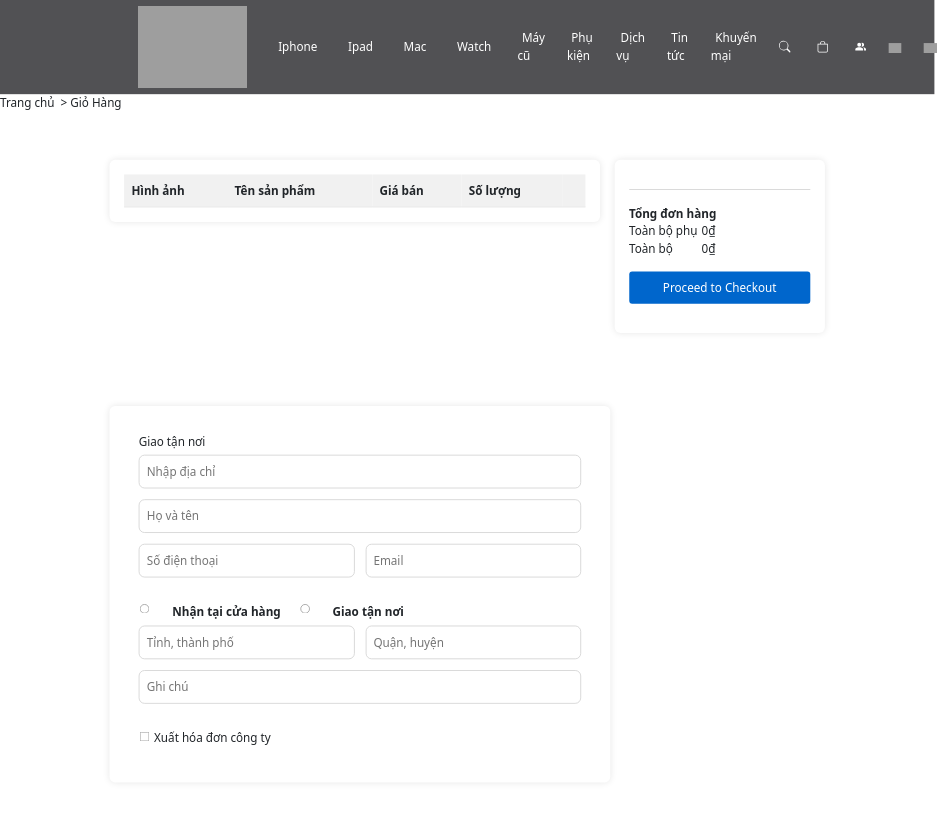
Repository: 20092004nam2k4/FE-ShopDunk
Page: /cart
An editor plug-in stored every save of this project. The page is shown before and after the next save, followed by the edit.
The browser window is 1280 px wide. The page is 1299 px wide, so the pictures cover 1299 px, including what lies to the right of the window. The pictures show the whole page, at 73% of full size.
Pictures or frames that could not be fetched are drawn as grey boxes. The page's requests for data from a server got no answer. The project was rebuilt for these pictures with package versions that can differ from the ones it lists, and the page was loaded fresh each time. No one was signed in, and anything a server would have sent is missing. Also part of the build but not shown: src/component/common/SlideImage.css, src/component/common/SlideImage.js, src/component/product/ProductList.js, src/component/product/ProductDetail.css, src/component/product/ProductDetail.js, src/component/user/LoginUser.js, src/component/user/UserProfile.js, src/component/user/RegistrationForm.css and 2 more.

Above is the page before, as saved 2024-06-10 13:10:29.

### src/component/cart/CartPage.js
import React, { useState, useEffect } from "react";
import axios from "axios";
import "./CartPage.css";

const CartPage = () => {
  const [cartItems, setCartItems] = useState([]);

  const fetchCartItems = () => {
    axios
      .get("http://localhost:8090/api/products/cart")
      .then((response) => {
        setCartItems(response.data);
      })
      .catch((error) => {
        console.error("Error fetching cart items:", error);
      });
  };

  useEffect(() => {
    fetchCartItems();
  }, []);

  const removeFromCart = (id) => {
    axios
      .delete(`http://localhost:8090/api/products/removeFromCart/${id}`)
      .then(() => {
        fetchCartItems(); // Refresh the cart items after removing
      })
      .catch((error) => {
        console.error("Error removing product from cart:", error);
      });
  };

  const updateQuantity = (id, newQuantity) => {
    axios
      .put(`http://localhost:8090/api/products/updateCart/${id}`, {
        quantity: newQuantity,
      })
      .then(() => {
        fetchCartItems(); // Refresh the cart items after updating
      })
      .catch((error) => {
        console.error("Error updating product quantity:", error);
      });
  };

  const calculateSubtotal = () => {
    return cartItems.reduce((sum, item) => sum + item.product.price * item.quantity, 0);
  };

  const calculateTotal = () => {
    return calculateSubtotal();
  };

  return (<>


    <div className="cart-page">
      <div className="title-header">
        <p>Trang chủ &nbsp;&gt; Giỏ Hàng</p>
      </div>
      <div className="tong">
        <div className="left">
          <div className="cart-detail">
            <table className="cart">
              <thead>
                <tr>
                  <th>Hình ảnh</th>
                  <th>Tên sản phẩm</th>
                  <th>Giá bán</th>
                  <th>Số lượng</th>
                  <th></th>
                </tr>
              </thead>
              <tbody>
                {cartItems.map((item) => (
                  <tr key={item.id}>
                    <td>
                      <a href={`/product/${item.product.id}`}>
                        <img
                          alt={`Ảnh của ${item.product.name}`}
                          src={`http://localhost:8090/image/${item.product.image}`}
                          title={`Hiển thị chi tiết cho ${item.product.name}`}
                        />
                      </a>
                    </td>
                    <td className="product">
                      <a href={`/product/${item.product.id}`} className="product-name">
                        {item.product.name}
                      </a>
                      <div className="edit-item"></div>
                    </td>
                    <td className="unit-price">
                      <span className="product-unit-price">
                        {parseInt(item.product.price).toLocaleString()}₫
                      </span>
                    </td>
                    <td className="quantity">
                      <div className="cart-quantity-input-container">
                        <svg
                          id={`cart-quantity-input-subtract${item.id}`}
                          width="11"
                          height="11"
                          viewBox="0 0 11 11"
                          fill="none"
                          xmlns="http://www.w3.org/2000/svg"
                          onClick={() => updateQuantity(item.id, item.quantity - 1)}
                        >
                          <g clipPath="url(#clip0_10158_65576)">
                            <path
                              d="M-0.00390625 5.90234H11.0039C11.1133 5.90234 11.207 5.86328 11.2852 5.78516C11.3633 5.70182 11.4023 5.60547 11.4023 5.49609C11.4023 5.38672 11.3633 5.29297 11.2852 5.21484C11.207 5.13672 11.1133 5.09766 11.0039 5.09766H-0.00390625C-0.0768229 5.09766 -0.144531 5.11589 -0.207031 5.15234C-0.264323 5.1888 -0.311198 5.23828 -0.347656 5.30078C-0.384115 5.35807 -0.402344 5.42318 -0.402344 5.49609C-0.402344 5.57422 -0.384115 5.64453 -0.347656 5.70703C-0.311198 5.76432 -0.264323 5.8112 -0.207031 5.84766C-0.144531 5.88411 -0.0768229 5.90234 -0.00390625 5.90234Z"
                              fill="#0066CC"
                            ></path>
                          </g>
                          <defs>
                            <clipPath id="clip0_10158_65576">
                              <rect width="11" height="11" fill="white"></rect>
                            </clipPath>
                          </defs>
                        </svg>
                        <input
                          className="input-text"
                          id={`quantity${item.id}`}
                          value={item.quantity}
                          size="4"
                          readOnly
                        />
                        <svg
                          id={`cart-quantity-input-add${item.id}`}
                          width="12"
                          height="13"
                          viewBox="0 0 12 13"
                          fill="none"
                          xmlns="http://www.w3.org/2000/svg"
                          onClick={() => updateQuantity(item.id, item.setCartItems.quantity + 1)}
                        >
                          <g clipPath="url(#clip0_10158_65579)">
                            <path
                              d="M-0.304688 6.5C-0.304688 6.61458 -0.265625 6.71094 -0.1875 6.78906C-0.104167 6.86719 -0.0104167 6.90625 0.09375 6.90625H5.19531V12.0078C5.19531 12.1172 5.23438 12.2109 5.3125 12.2891C5.39583 12.3672 5.49219 12.4062 5.60156 12.4062C5.71094 12.4062 5.80729 12.3672 5.89062 12.2891C5.96875 12.2109 6.00781 12.1172 6.00781 12.0078V6.90625H11.1094C11.2239 6.90625 11.3177 6.86719 11.3906 6.78906C11.4739 6.71094 11.5156 6.61458 11.5156 6.5C11.5156 6.39583 11.4739 6.30208 11.3906 6.21875C11.3177 6.13542 11.2239 6.09375 11.1094 6.09375H6.00781V1.00781C6.00781 0.893229 5.96875 0.799479 5.89062 0.726562C5.80729 0.653646 5.71094 0.617188 5.60156 0.617188C5.49219 0.617188 5.39583 0.653646 5.3125 0.726562C5.23438 0.799479 5.19531 0.893229 5.19531 1.00781V6.09375H0.09375C-0.0104167 6.09375 -0.104167 6.13542 -0.1875 6.21875C-0.265625 6.30208 -0.304688 6.39583 -0.304688 6.5Z"
                              fill="#0066CC"
                            ></path>
                          </g>
                          <defs>
                            <clipPath id="clip0_10158_65579">
                              <rect
                                width="11.8125"
                                height="12.8125"
                                fill="white"
                                transform="translate(0.09375 0.09375)"
                              ></rect>
                            </clipPath>
                          </defs>
                        </svg>
                      </div>
                    </td>

                    <td className="remove-from-cart">
                      <button
                        onClick={() => removeFromCart(item.id)}
                        className="remove-button"
                      >
                        <i className="fas fa-trash-alt"></i>
                      </button>
                    </td>
                  </tr>
                ))}
              </tbody>
            </table>
          </div>

        </div>

        <div className="right">
          <div className="cart-collaterals">
            <div className="totals">
              <div className="total-info">
                <table className="cart-total">
                  <thead>
                    <tr>
                      <th colSpan="2">Tổng đơn hàng</th>
                    </tr>
                  </thead>
                  <tbody>
                    <tr className="cart-item-subtotal">
                      <td>Toàn bộ phụ</td>
                      <td>
                        <span className="value">{calculateSubtotal().toLocaleString()}₫</span>
                      </td>
                    </tr>
                    <tr className="order-total">
                      <td>Toàn bộ</td>
                      <td>
                        <span className="value">{calculateTotal().toLocaleString()}₫</span>
                      </td>
                    </tr>
                  </tbody>
                </table>
                <div className="checkout-buttons">
                  <button className="checkout-button">Proceed to Checkout</button>
                </div>
              </div>
            </div>
          </div>
        </div>

      </div>
      <div className="tong-bot">
        <div class="left">
          <div class="enter-address bg-white">
          <h6>Giao tận nơi</h6>
            <input placeholder="Nhập địa chỉ"></input>
            <input placeholder="Họ và tên"></input>
            <div class="half-inputs">
              <input placeholder="Số điện thoại"></input>
              <input placeholder="Email"></input>
            </div>
            <div class="edit-address">
              <div class="delivery-method">
                <input type="radio" id="receive-store" name="receive-method" value="store"></input>
                <label for="receive-store">Nhận tại cửa hàng</label>
                <input type="radio" id="receive-delivery" name="receive-method" value="delivery"></input>
                <label for="receive-delivery">Giao tận nơi</label>
              </div>
              <div class="half-inputs">
                <input placeholder="Tỉnh, thành phố"></input>
                <input placeholder="Quận, huyện"></input>
              </div>
              <div>
                <input placeholder="Ghi chú"></input>
              </div>
              <div class="edit-address">
                <input type="checkbox" id="company-invoice" name="company-invoice" value="company-invoice"></input>Xuất hóa đơn công ty
              </div>
            </div>
          </div>
        </div>
      </div>


    </div>
    </>
  );
};

export default CartPage;

### src/component/common/Navbar.css
.navbar {
  background-color: #515154;
  padding: 10px;

}

.navbar-links {
  list-style: none;
  display: flex;
  justify-content: center;
  margin: 0;
  padding: 0;
  padding-left: 168px;
  align-items: center;
}

.navbar-links li {
  margin: 0 15px;
}

.navbar-links a {
  color: white;
  text-decoration: none;
  padding: 10px 6px 25px;
  transition: background-color 0.3s;
}

/* .navbar-links a:hover {
  background-color: #575757;
} */
.imageIcon{
  width: 150px;
}
.icon-bag{
  color: white;
  height: 38px;

}
.icon-people{
  color: white;
  height: 38px;

}
.icon-search{
color: white;
height: 38px;
}
.imageIconVN{
  height: 14px;

}
.navbar-links li a {
color: #fff;
text-decoration: none;
transition: color 0.3s ease; }

.navbar-links li a:hover {
color: #fff;
}

### src/component/user/Login.css
body {
    font-family: sans-serif;
    /* display: flex; */
    justify-content: center;
    align-items: center;
    min-height: 100vh;
    background-color: #f5f5f5;
  }
  .userName-login{
    margin-top: 25px;
  }



  .left-side {
    width: 50%;
    display: flex;
    justify-content: center;
    align-items: center;
    margin-top: 90px;
  }

  .right-side {
    width: 50%;
    padding: 20px;
    margin-top: 90px;
  }

  .left-side img {
    width: 100%;
    max-width: 600px;
    height: 350px;
  }

  h2 {
    margin-bottom: 20px;
  }

  input[type="text"],
  input[type="password"] {
    width: 100%;
    padding: 10px;
    margin-bottom: 15px;
    border: 1px solid #ddd;
    border-radius: 10px;
    box-sizing: border-box;
  }

  input[type="checkbox"] {
    margin-right: 5px;
  }

  button {
    background-color: #007bff;
    color: #fff;
    padding: 10px 20px;
    border: none;
    border-radius: 3px;
    cursor: pointer;
    width: 100%;
  }

  .link {
    display: block;
    text-align: center;
    margin-top: 15px;
    color: #007bff;
    text-decoration: none;
  }

  .footerMain{
margin-top: 200px;
  }
  .textFooter{
    padding-left: 200px !important;
  }
  .textToRegister{
    margin-top: 15px;
  }

### src/component/user/UserProfile.css
    /* Reset CSS */
    * {
        box-sizing: border-box;
        margin: 0;
        padding: 0;
    }

    body {
        font-family: Arial, Helvetica, sans-serif;
        background-color: #f5f5f7; /* Updated background color */
    }

    .page-container {
        padding: 20px;
        background-color: #f5f5f7; /* Background color for the page */
    }

    .container {
        display: flex;
        justify-content: space-between;
        margin: 30px auto;
        width: 80%;
        /* gap: 30px;  */
    }

    .navigation {
        width: 25%;
        background-color: #fff;
        padding: 20px;
        border-radius: 10px;
        border: 1px solid #ddd; /* Border for left div */
        box-shadow: 0 0 10px rgba(0, 0, 0, 0.1); /* Optional: for a subtle shadow effect */
        margin-left: 50px;
    }

    .navigation ul {
        padding-left: 0; /* Reset padding */
        list-style: none; /* Remove bullet points */
    }

    .navigation li {
        padding: 10px 0;
        border-bottom: 1px solid #ddd;
    }

    .navigation li:last-child {
        border-bottom: none;
    }

    .navigation li a {
        color: #333;
        text-decoration: none;
        display: flex;
        align-items: center;
    }

    .navigation li a i {
        margin-right: 10px;
        font-size: 1.2em;
    }

    .form {
        width: calc(70% - 100px); /* Reduced width by 100px */
        background-color: #fff;
        padding: 20px;
        border-radius: 10px;
        border: 1px solid #ddd; /* Border for right div */
        box-shadow: 0 0 10px rgba(0, 0, 0, 0.1); /* Optional: for a subtle shadow effect */
        display: flex;
        flex-direction: column;
        height: calc(100% + 70px); /* Increased height by 70px */
        margin-right: 90px;
    }

    .form-row {
        display: flex;
        justify-content: space-between;
        align-items: center;
        margin-bottom: 15px;
    }

    .form-row label {
        flex: 1;
    }

    .form-row input,
    .form-row select {
        flex: 2;
        padding: 10px;
        border: 1px solid #ddd;
        border-radius: 5px;
    }

    .form-row .input-group {
        display: flex;
        flex-direction: column;
        margin-bottom: 15px;
    }

    .form-row .input-group input {
        margin-top: 10px;
    }

    .input-email {
        padding-left: 20px;
    }

    .input-gender {
        display: flex;
        align-items: center;
        padding-left: 20px;
    }

    .input-gender > div {
        display: flex;
        align-items: center;
        margin-right: 20px;
    }

    .input-gender label {
        margin-left: 5px;
        margin-right: 15px; /* Adjust spacing between the labels and inputs */
    }

    .form-row.birthday-row {
        display: flex;
        justify-content: space-between;
        align-items: center;
        margin-bottom: 15px;
    }

    .form-row.birthday-row label {
        flex: 1;
    }

    .form-row.birthday-row select {
        flex: 1;
        padding: 10px;
        border: 1px solid #ddd;
        border-radius: 5px;
    }

    .form button {
        background-color: #0066cc;
        color: white;
        padding: 10px 20px;
        border: none;
        border-radius: 5px;
        cursor: pointer;
        width: 124px;
        height: 43px;
        margin: 0 auto; /* Add this line to center the button */
        margin-top: 10px;
    }

    .newsletter {
        text-align: center;
        margin-top: 50px;
    }

    .footerMain {
        text-align: center;
        background-color: #333;
        color: #fff;
        padding: 10px 0;
    }

    .newsletter .input-group {
        width: auto;
        display: inline-flex;
        border-radius: 20px;
        margin-top: 20px;
    }

    .newsletter .input-group .form-control {
        width: 500px;
        height: 50px;
        border-radius: 20px;
    }

    .newsletter .input-group .btn {
        width: 100px;
        background-color: #0066cc;
        color: white;
        border: none;
        border-radius: 20px;
        height: 50px;

    }

    .text-email {
        margin-top: 21px;
    }
    .radio-male{
        margin-left: -48px;

    }
    .text-user{
        margin-right: 580px;
        padding-top: 17px;
    }
    .text-male{
        padding-top: 9px;
    margin-right: 234px;
    }
    .text-female{
        padding-top: 8px;
    }
    .email-info{
        padding-top: 10px;
    }
    .email-text{
        margin-bottom: 24px;
    }

### src/component/product/ProductCart.css
.product-list {
  display: flex;
  flex-wrap: wrap;
  justify-content: center;
}
.product-card img {
  max-width: 100%;
  height: auto;
}
.tittleIphone {
  text-align: center;
  margin-top: 38px;
  margin-bottom: 20px;
}
.a-category {
  text-align: center;
  margin-top: 20px;
}
.custom-blue {
  color: #0066cc !important;
  border-color: #0066cc !important;
}
.custom-blue:hover {
  color: #fff !important;
  background-color: #0066cc !important;
}
.button-text {
  font-size: 17px;
}
.product-card {
  width: 300px;
  height: 430px;
  display: flex;
  flex-direction: column;
  align-items: center;
  justify-content: space-between;
  border: 1px solid #ddd;
  padding: 10px;
  margin: 10px;
  box-shadow: 0 4px 8px rgba(0, 0, 0, 0.1); /* Thêm đổ bóng để đẹp hơn */
  border-radius: 5px;
}
.product-name {
  font-weight: bold;
}
.product-price-wrapper {
  display: flex;
  align-items: center;
  gap: 10px;
}
.product-discounted-price {
  font-weight: 700;
  font-size: 16px;
  line-height: 24px;
  color: #0066cc;
}
.product-original-price-wrapper {
  display: flex;
  align-items: center;
}
.product-price {
  color: #6c757d; /* Màu đen nhạt */
  text-decoration: line-through;
  font-size: 16px;
  margin-right: 5px; /* Khoảng cách giữa giá cũ và tag giảm giá */
}
.discount-tag {
  color: #6c757d; /* Màu đen nhạt */
  font-size: 16px;
}
.img-info {
  width: 1200px;
  height: 401px;
}
.info-banner {
  text-align: center;
  margin-top: 80px;
}
.bg-dark {
  background-color: #575757 !important;
}
.text-white {
  color: #fff !important;
}
.border-bottom {
  border-color: rgba(255, 255, 255, 0.1) !important;
}
.footer-links a {
  color: #fff !important;
}
.footer-links a:hover {
  color: #ddd !important;
}
.footerMain {
  margin-top: 90px;
}
.product-card-link {
  text-decoration: none;
  color: inherit; /* Optional: Inherit color to prevent default link color */
}
.textFooter{
  padding-top: 30px;
}

.carousel {
  margin-top: 20px;
  margin-bottom: 20px; /* Để tạo khoảng cách giữa carousel và danh sách sản phẩm */
  padding: 0 210px; /* Thu nhỏ carousel vào 100px mỗi bên */
}

.carousel-inner {
  width: 100%; /* Đảm bảo width của carousel vẫn 100% */
  margin: auto; /* Căn giữa carousel */
}
.carousel-control {
  padding: 0 230px; /* Đặt khoảng cách 20px giữa các nút chuyển ảnh */
}
.category-products-container {
  background-color: #f5f5f7; /* Màu nền của trang */
}
.tittle-headerCategory{
  background-color: white;
  margin-left: 210px;
  padding-top: 15px;
  color: #6c757d;
  padding-bottom: -10px;
}

Loaded but not shown: public/index.html (common file); src/index.js (common file); src/component/common/Navbar.js (137 lines, source omitted); src/App.js (47 lines, source omitted); src/context/AuthContext.js (34 lines, source omitted); src/component/cart/CartPage.css (361 lines, source omitted)

After the next save:
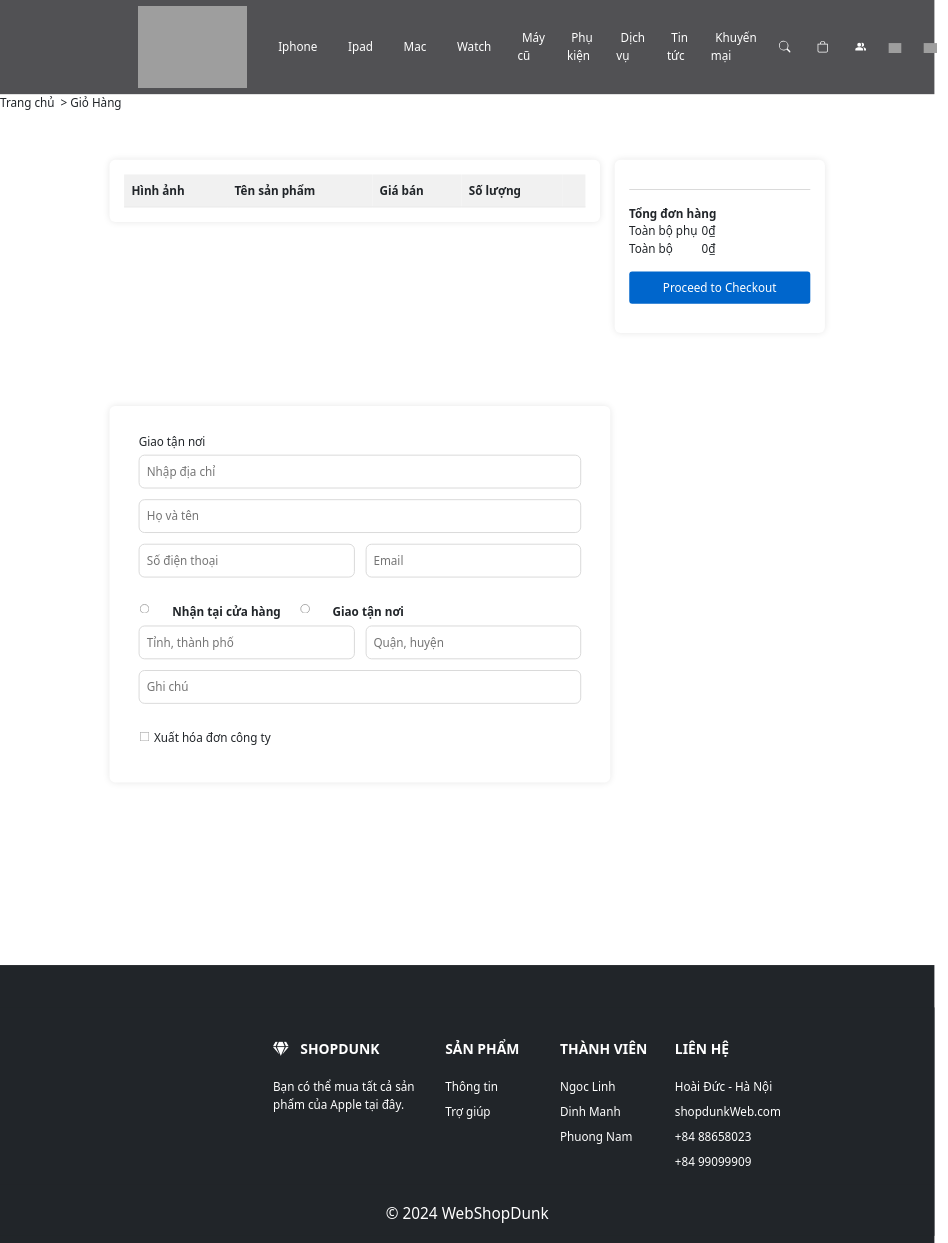
Saved 28 s later.
--- a/src/component/cart/CartPage.js
+++ b/src/component/cart/CartPage.js
@@ -238,6 +238,73 @@
 
 
     </div>
+    <footer className="text-center text-lg-start bg-dark text-white footerMain">
+        <section className="bg-dark" style={{ height: "243px" }}>
+          <div className="container text-center text-md-start mt-5 textFooter">
+            <div className="row mt-3">
+              <div
+                className="col-md-3 col-lg-4 col-xl-3 text-left mb-4"
+                style={{ marginLeft: "104px" }}
+              >
+                <h6
+                  className="text-uppercase fw-bold mb-4"
+                  style={{ fontSize: "19px" }}
+                >
+                  <i className="fas fa-gem me-3" />
+                  Shopdunk
+                </h6>
+                <p style={{ fontSize: "16px" }}>
+                  Bạn có thể mua tất cả sản phẩm của Apple tại đây.
+                </p>
+              </div>
+              <div className="col-md-2 col-lg-2 col-xl-2 text-left mb-4">
+                <h6
+                  className="text-uppercase fw-bold mb-4"
+                  style={{ fontSize: "19px" }}
+                >
+                  Sản phẩm
+                </h6>
+                <p style={{ fontSize: "16px" }}>Thông tin</p>
+                <p style={{ fontSize: "16px" }}>Trợ giúp</p>
+              </div>
+              <div className="col-md-3 col-lg-2 col-xl-2 text-left mb-4">
+                <h6
+                  className="text-uppercase fw-bold mb-4"
+                  style={{ fontSize: "19px" }}
+                >
+                  Thành viên
+                </h6>
+                <p style={{ fontSize: "16px" }}>Ngoc Linh</p>
+                <p style={{ fontSize: "16px" }}>Dinh Manh</p>
+                <p style={{ fontSize: "16px" }}>Phuong Nam</p>
+              </div>
+              <div className="col-md-4 col-lg-3 col-xl-3 text-left mb-md-0 mb-4">
+                <h6
+                  className="text-uppercase fw-bold mb-4"
+                  style={{ fontSize: "19px" }}
+                >
+                  Liên hệ
+                </h6>
+                <p style={{ fontSize: "16px" }}>Hoài Đức - Hà Nội</p>
+                <p style={{ fontSize: "16px" }}>shopdunkWeb.com</p>
+                <p style={{ fontSize: "16px" }}>+84 88658023</p>
+                <p style={{ fontSize: "16px" }}>+84 99099909</p>
+              </div>
+            </div>
+          </div>
+        </section>
+        <div
+          className="text-center p-4 bg-dark"
+          style={{
+            backgroundColor: "#40474b",
+            height: "70px",
+            fontSize: "21px",
+            textAlign: "center",
+          }}
+        >
+          © 2024 WebShopDunk
+        </div>
+      </footer>
     </>
   );
 };
